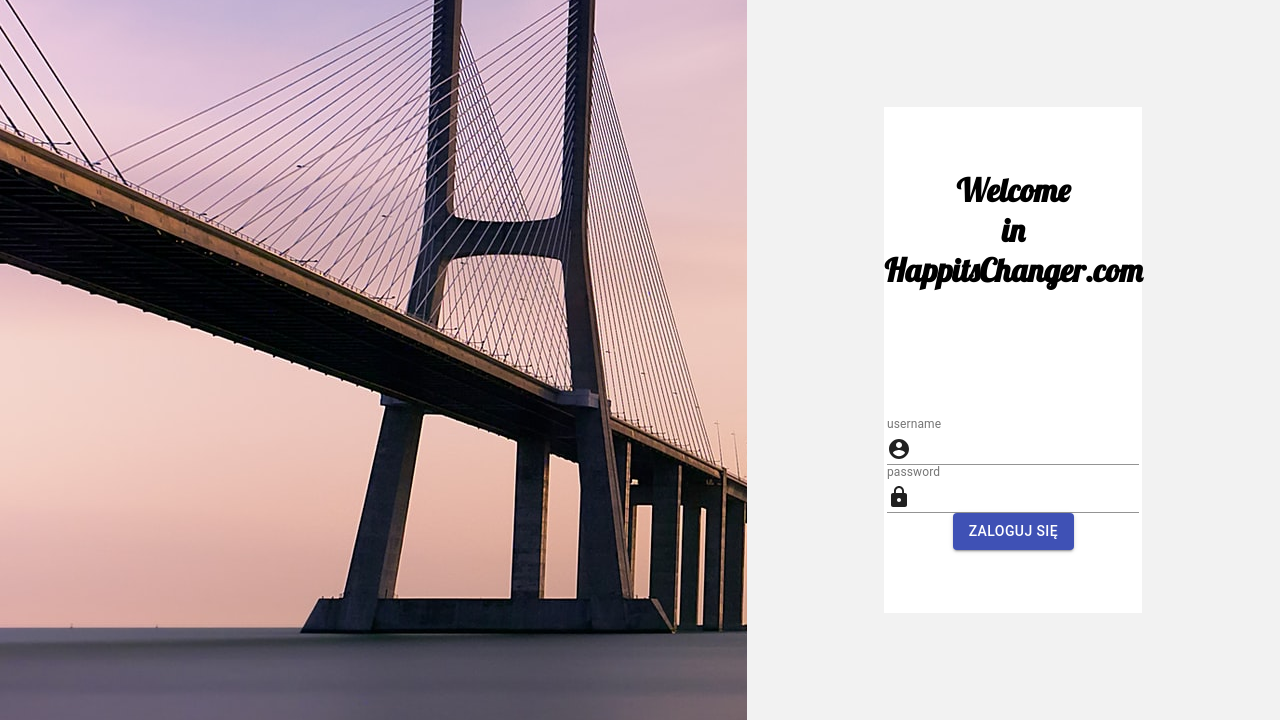
Repository: pgruca96/HappitsChanger
Page: /
An editor plug-in stored every save of this project. The page is shown before and after the next save, followed by the edit.
The browser window is 1280 px wide. The pictures show the whole page.
The project was rebuilt for these pictures with package versions that can differ from the ones it lists, and the page was loaded fresh each time.

Above is the page before, as saved 2020-10-25 17:27:06.

After the next save:
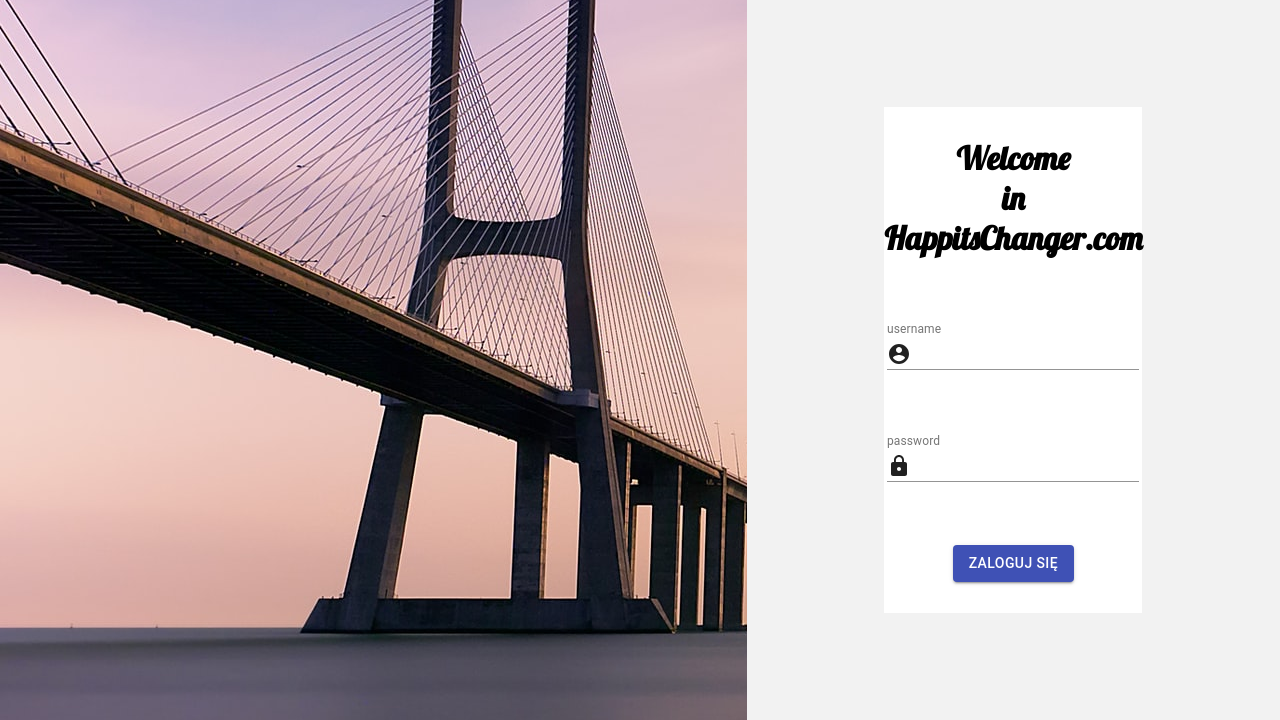
Saved 2 min 9 s later.
--- a/src/components/form/index.js
+++ b/src/components/form/index.js
@@ -17,34 +17,34 @@
         <br /> in <br />
         HappitsChanger.com
       </Header>
-      <ColumnCenter>
-        <TextField
-          id="username"
-          label="username"
-          placement="top"
-          InputProps={{
-            startAdornment: (
-              <InputAdornment position="start">
-                <AccountCircle />
-              </InputAdornment>
-            ),
-          }}
-        />
-        <TextField
-          id="password"
-          label="password"
-          InputProps={{
-            startAdornment: (
-              <InputAdornment position="start">
-                <LockIcon />
-              </InputAdornment>
-            ),
-          }}
-        />
-        <Button variant="contained" color="primary">
-          Zaloguj się
-        </Button>
-      </ColumnCenter>
+      {/* <ColumnCenter> */}
+      <TextField
+        id="username"
+        label="username"
+        placement="top"
+        InputProps={{
+          startAdornment: (
+            <InputAdornment position="start">
+              <AccountCircle />
+            </InputAdornment>
+          ),
+        }}
+      />
+      <TextField
+        id="password"
+        label="password"
+        InputProps={{
+          startAdornment: (
+            <InputAdornment position="start">
+              <LockIcon />
+            </InputAdornment>
+          ),
+        }}
+      />
+      <Button variant="contained" color="primary">
+        Zaloguj się
+      </Button>
+      {/* </ColumnCenter> */}
     </form>
   );
 };
